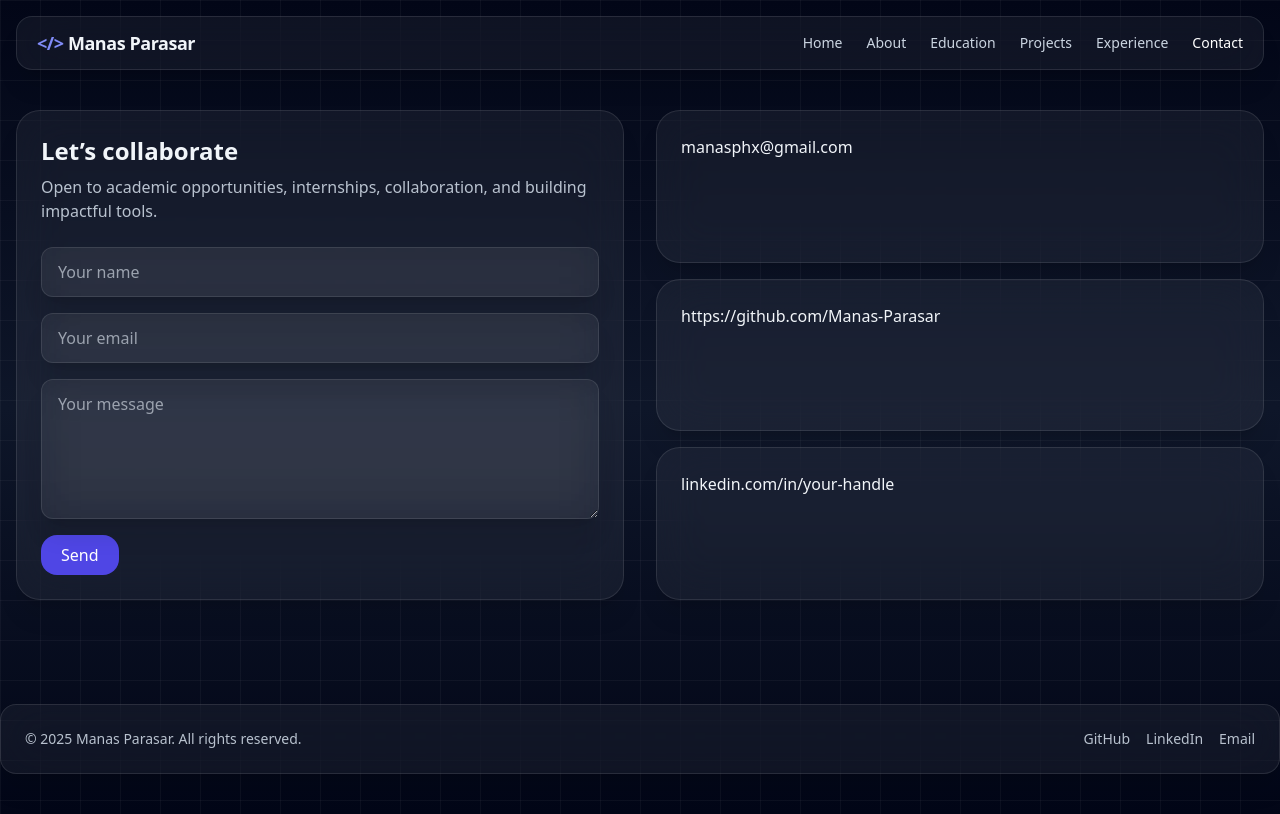
Repository: Manas-Parasar/portfolio-manas-parasar
Page: /contact
The author's editor kept a copy of each file at every save. The page is drawn from the files as they stood at one save, then again after the next save.
The browser window is 1280 px wide. The pictures show the whole page.
The project was rebuilt for these pictures with package versions that can differ from the ones it lists, and the page was loaded fresh each time. Also part of the build but not shown: vite.config.js, src/components/Hero.jsx, src/components/Section.jsx, src/components/ProjectCard.jsx, src/pages/Home.jsx, src/pages/About.jsx, src/pages/Projects.jsx, src/components/TimelineItem.jsx and 1 more.

Above is the page before, as saved 2025-08-20 23:19:31.

After the next save:
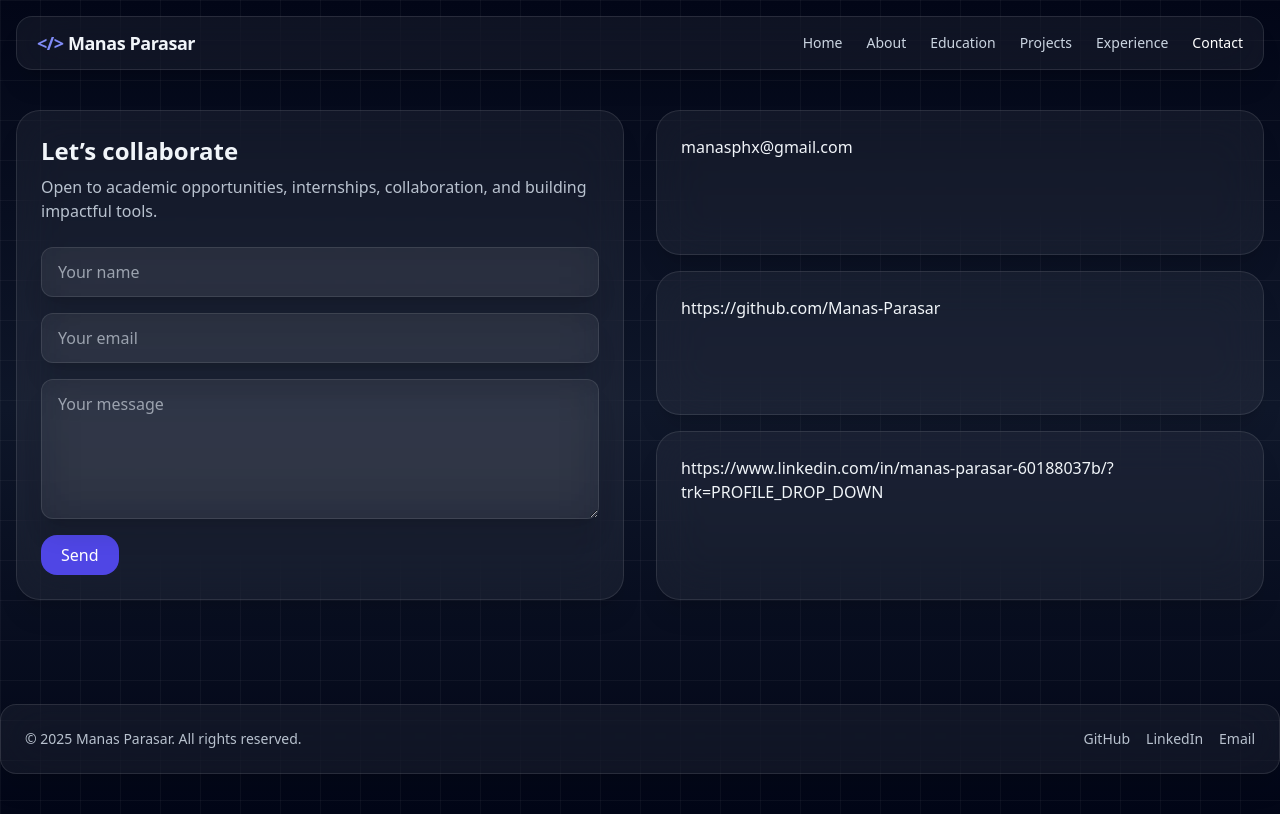
Saved 74 min 42 s later.
--- a/src/pages/Contact.jsx
+++ b/src/pages/Contact.jsx
@@ -43,7 +43,7 @@ export default function Contact() {
           href="https://linkedin.com/in/"
           target="_blank"
         >
-          linkedin.com/in/your-handle
+          https://www.linkedin.com/in/manas-parasar-60188037b/?trk=PROFILE_DROP_DOWN
         </a>
       </div>
     </div>
